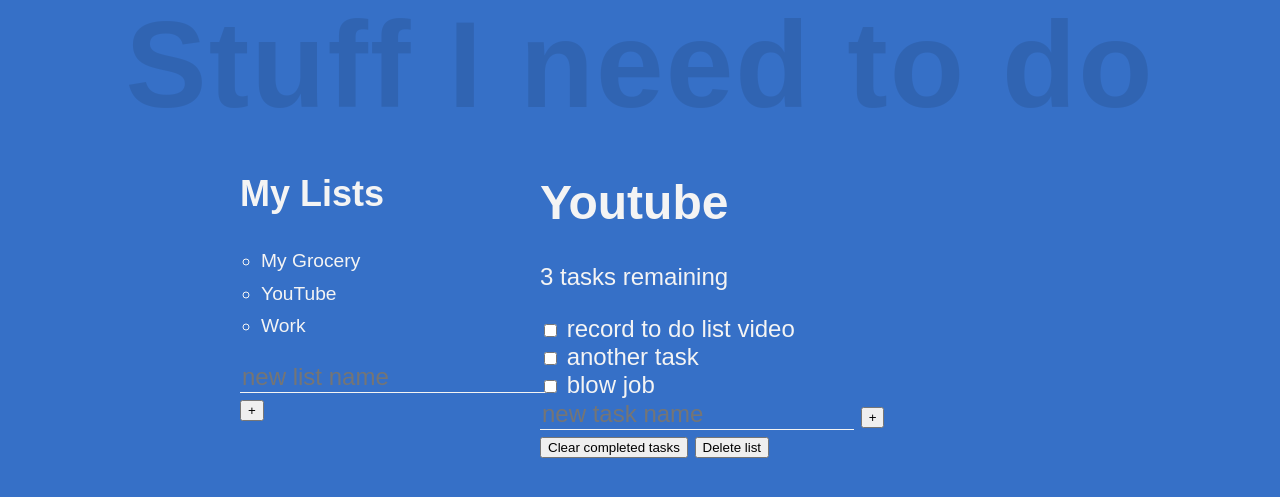
Repository: MohammadMazloum123/To-Do-List-App-
Page: index.html
An editor plug-in stored every save of this project. The page is shown before and after a run of saves, followed by the edit.
The browser window is 1280 px wide. The pictures show the whole page.

Above is the page before, as saved 2024-02-15 12:41:31.

### index.html
<!DOCTYPE html>
<html lang="en">
<head>
    <meta charset="UTF-8">
    <meta name="viewport" content="width=device-width, initial-scale=1.0">
    <title>To-Do List</title>
    <link rel="stylesheet" href="styles.css">
</head>
<body>
    <h1 class="title">Stuff I need to do</h1>
    <div class="all-tasks">
        <h2 class="task-list-title">My Lists</h2>
        <ul class="task-list">
            <li class="active-list">My Grocery</li>
            <li>YouTube</li>
            <li>Work</li>
        </ul>
        <form>
            <input type="text" class="new list" placeholder="new list name" aria-label="new list name">
            <button class="btn list" aria-label="create new list">+</button>
        </form>
    </div>
    <div class="todo-list">
        <div class="todo-header">
            <h1 class="list-title">Youtube</h1>
            <p class="task-count">3 tasks remaining</p>
        </div>
        <div class="todo-body">
            <div class="tasks">
                <div class="task">
                    <input type="checkbox" id="task-1">
                    <label for="task-1">
                        <span class="custom-checkbox"></span>
                        record to do list video
                    </label>
                </div>
                <!--Task 1-->
                <div class="task">
                    <input type="checkbox" id="task-2">
                    <label for="task-2">
                        <span class="custom-checkbox"></span>
                        another task
                    </label>
                </div>
                <!--Task 2-->
                <div class="task">
                    <input type="checkbox" id="task-3">
                    <label for="task-3">
                        <span class="custom-checkbox"></span>
                        blow job
                    </label>
                </div>
                <!--Task 3-->
            </div>
            <div class="new-task-creator">
                <form>
                    <input type="text" class="new list" placeholder="new task name" aria-label="new task name">
                    <button class="btn task" aria-label="create new task">+</button>
                </form>
            </div>
            <div class="delete-stuff">
                <button class="btn delete">Clear completed tasks</button>
                <button class="btn delete">Delete list</button>
            </div>
        </div>
    </div>

</body>
</html>

### styles.css
:root{
    --clr-primary: rgb(54, 112, 199);
    --clr-light: #f4f4f4;
    --clr-dark:#333;
    --clr-warning: rgb(99, 36, 36);
}
*,
*::before,
*::after{
    font-family: inherit;
    box-sizing: border-box;
}

body{
    margin: 0;
    font-family: "Work Sans", sans-serif;
    font-weight: 300;
    font-size: 1.5rem;
    background-color: var(--clr-primary);
    color: var(--clr-light);
    display: grid;
    grid:
        "header header header header" auto
        "...... lists active ......" auto /
        1fr minmax(100px, 300px) minmax(250px, 500px) 1fr;
}
.title{
    grid-area: header;
    text-align: center;
    font-weight: 800;
    font-size: calc(7vw + 2rem);
    color: rgba(0, 0, 0, .1);
    margin: -.3rem 0 0.5rem;
    letter-spacing: 2px;
}
.new{
    background: transparent;
    border: 0;
    color: inherit;
    outline: none;
    font-size: inherit;
    border-bottom: 1px solid currentColor;
    transition: border-bottom 150ms ease-in;
}

.all-tasks{
    grid-area: lists;
}
.task-list{
    line-height: 1.7;
    list-style: circle;
    font-size: 1.2rem;
    padding-left: 1.1em;
}

.todo-list{
    grid-area: active;
}

After the next 5 saves:
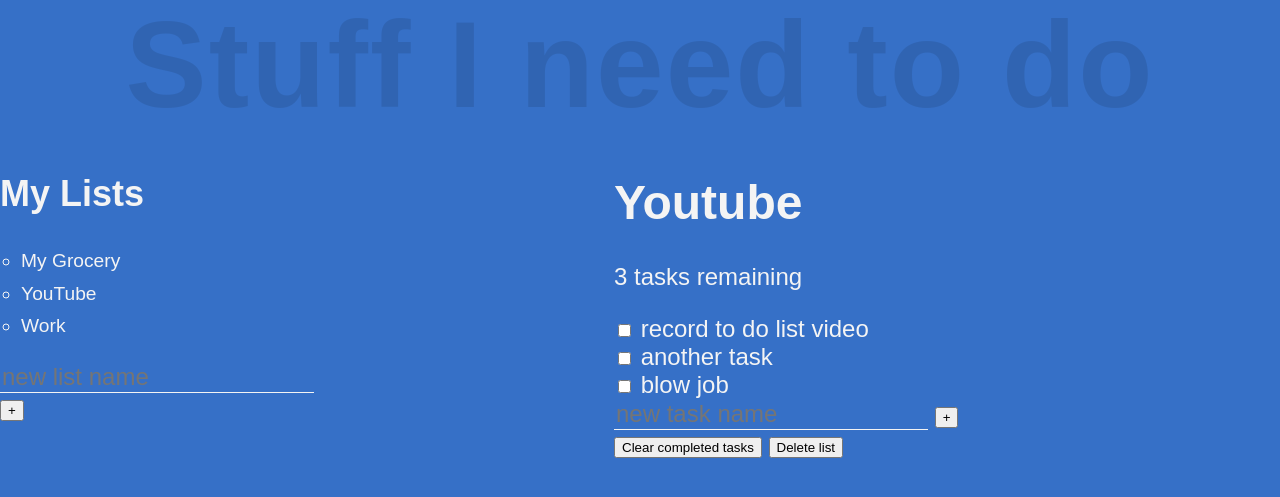
The 5 saves are shown as one change because they came seconds apart.
The last was saved 25 s later.
--- a/styles.css
+++ b/styles.css
@@ -42,6 +42,7 @@
     border-bottom: 1px solid currentColor;
     transition: border-bottom 150ms ease-in;
 }
+.new:foc
 
 .all-tasks{
     grid-area: lists;

After the save that followed:
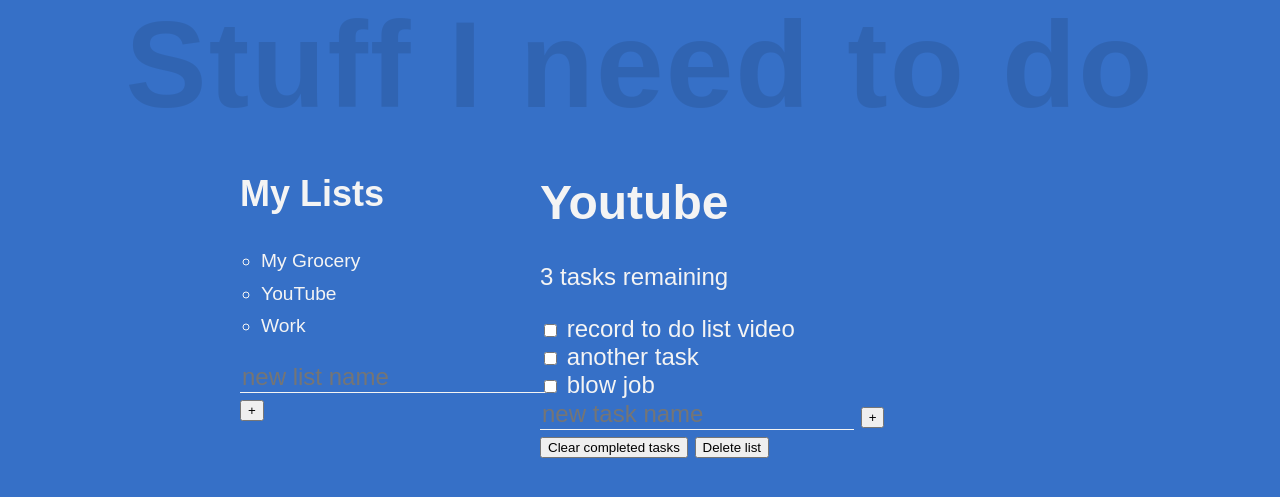
Saved 5 s later.
--- a/styles.css
+++ b/styles.css
@@ -42,7 +42,9 @@
     border-bottom: 1px solid currentColor;
     transition: border-bottom 150ms ease-in;
 }
-.new:foc
+.new:focus{
+    border
+}
 
 .all-tasks{
     grid-area: lists;
